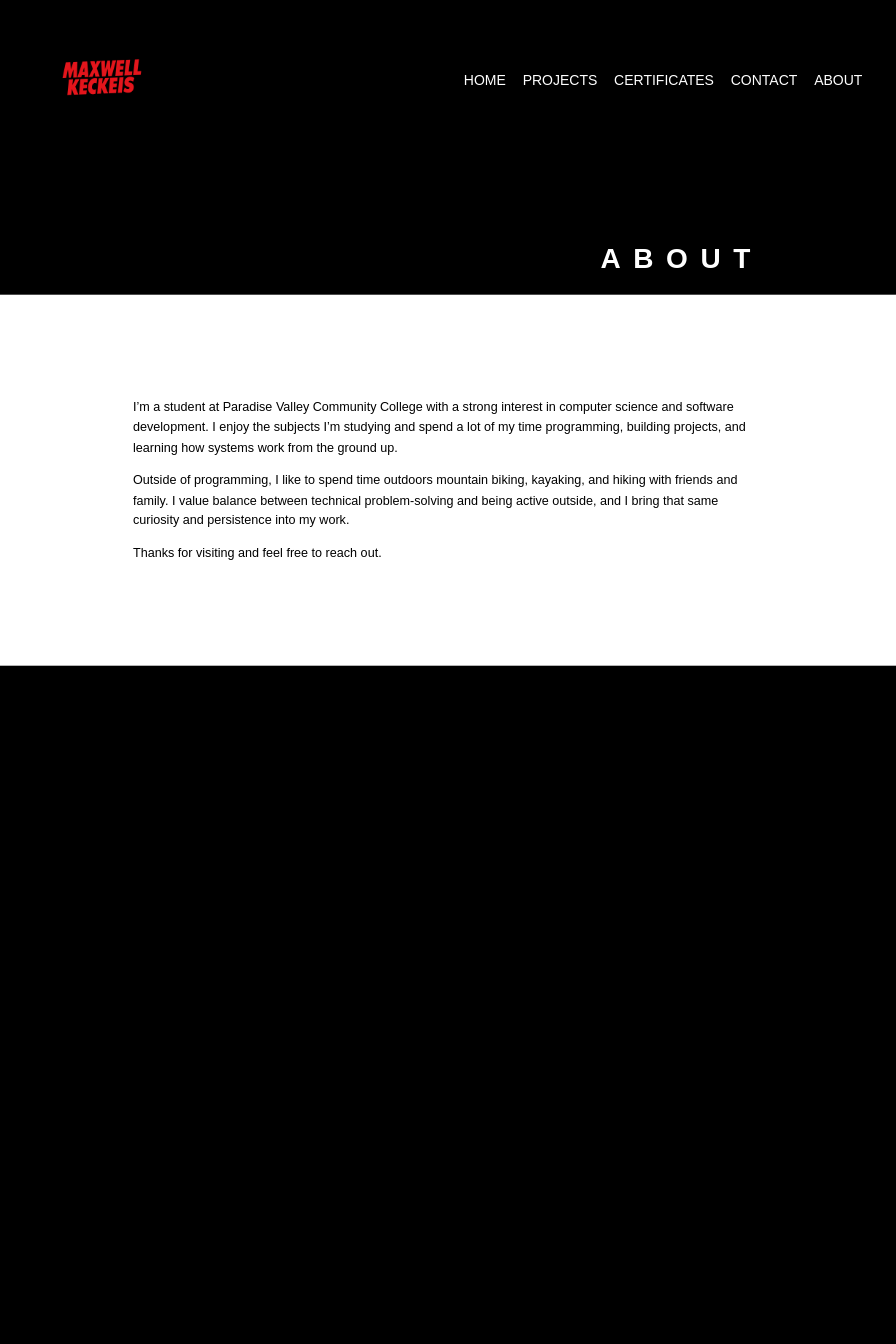
Repository: Maxwell-Keckeis/Maxwell-Keckeis.github.io
Page: about.html
An editor plug-in stored every save of this project. The page is shown before and after the next save, followed by the edit.
The browser window is 1280 px wide. The pictures show the part of the page from y = 0 to 1920 px (the page is 2391 px tall before and 2752 px after), at 70% of full size.
Some web fonts or font styles are not loaded; a fallback is used.

Above is the page before, as saved 2026-02-06 16:34:12.

After the next save:
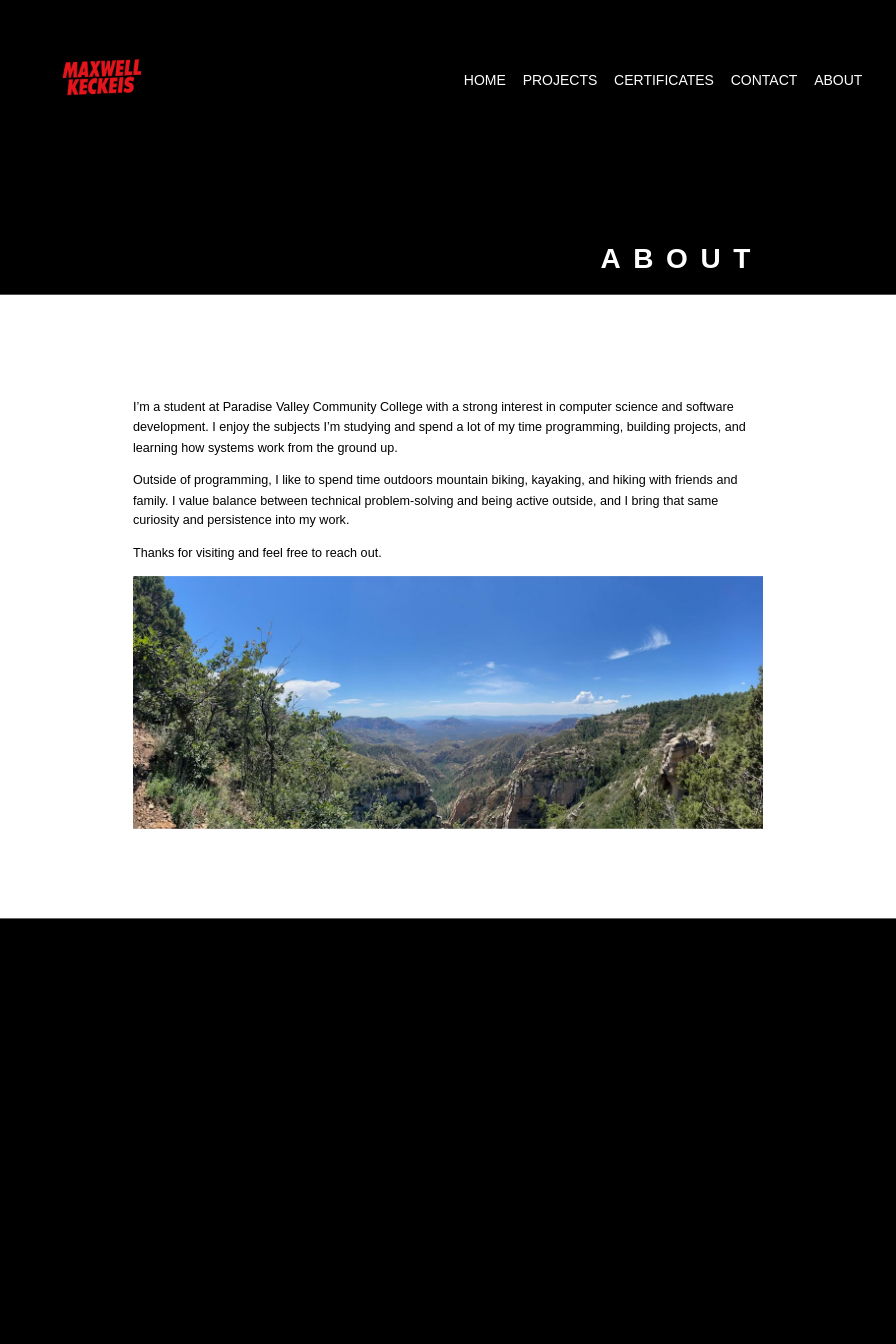
Saved 5 min 45 s later.
--- a/about.html
+++ b/about.html
@@ -54,6 +54,8 @@
                     <p>
                         Thanks for visiting and feel free to reach out.
                     </p>
+
+                    <img src="./assets/images/east-pocket.jpg" alt="picture of the forest">
             </div>
         </section>
         <main>
